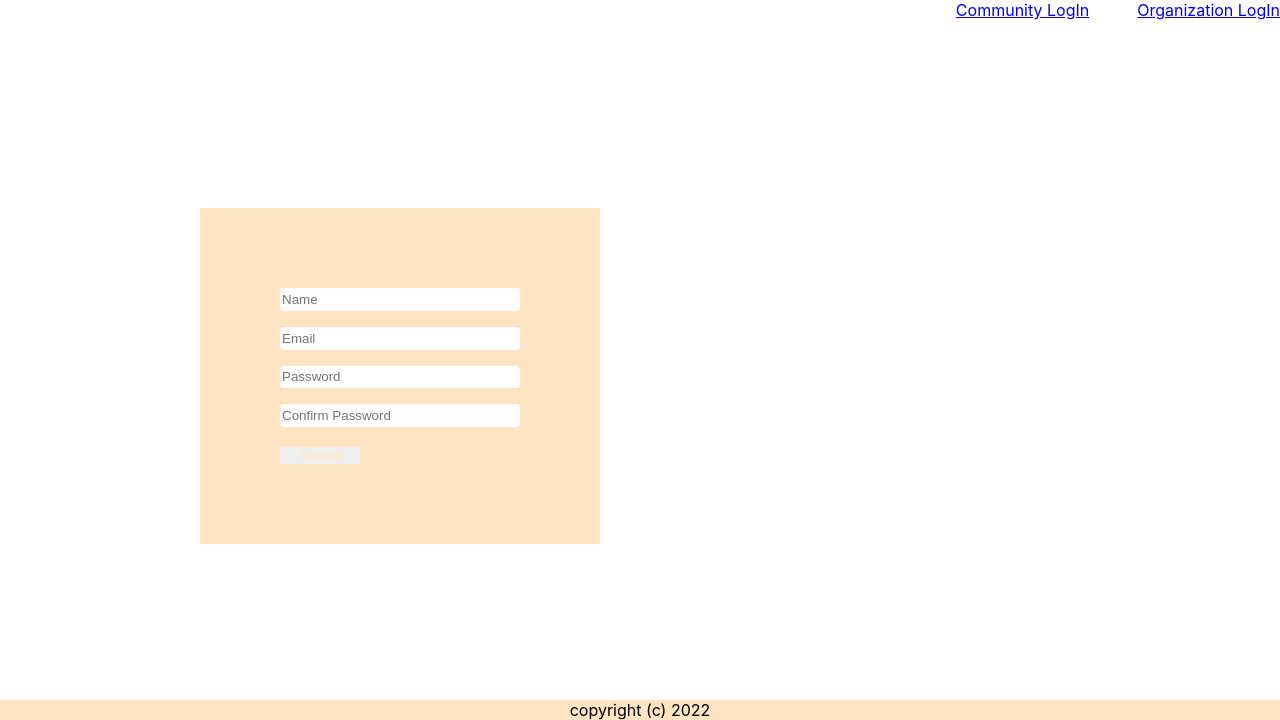
Repository: samuelp244/Ticket-Managment-System
Page: / (app in app/)
The author's editor kept a copy of each file at every save. The page is drawn from the files as they stood at one save, then again after a run of saves.
The browser window is 1280 px wide. The pictures show the whole page.
The project was rebuilt for these pictures with package versions that can differ from the ones it lists, and the page was loaded fresh each time.

Above is the page before, as saved 2022-08-17 17:54:08.

After the next 4 saves:
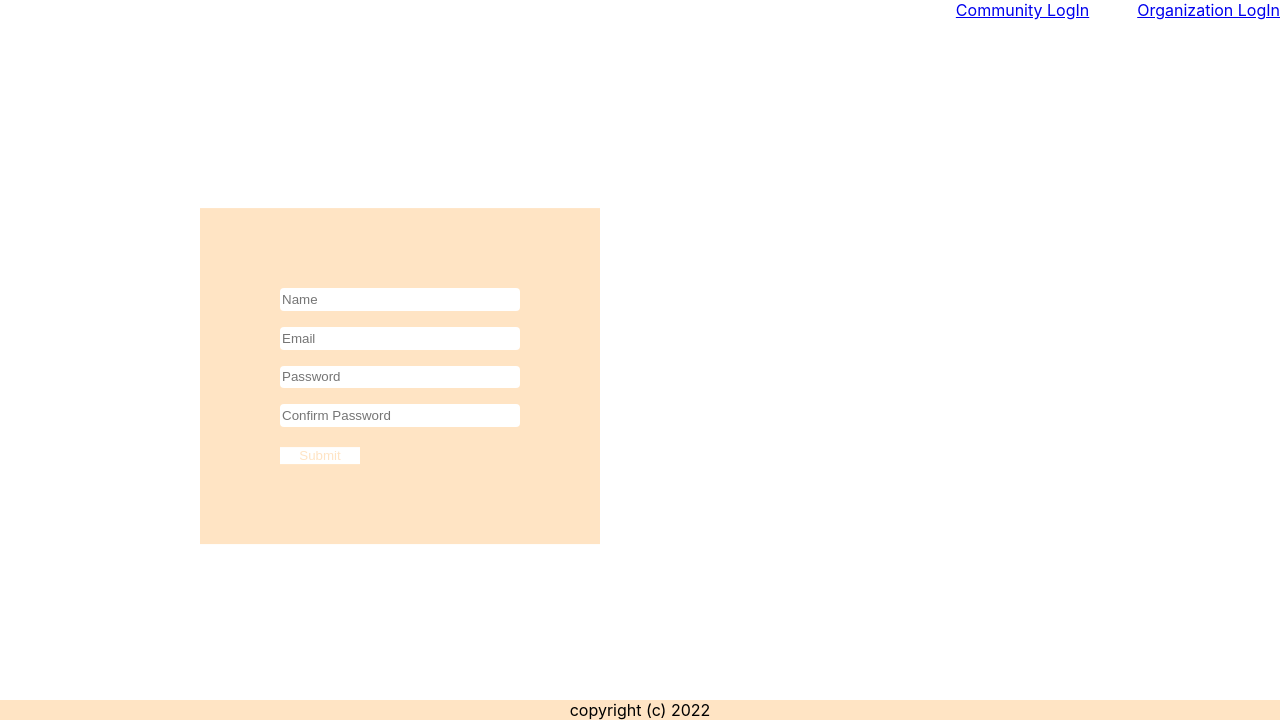
The 4 saves are shown as one change because they came seconds apart.
The last was saved 33 min 39 s later.
--- a/app/src/components/forms/SignUpComm.css
+++ b/app/src/components/forms/SignUpComm.css
@@ -21,6 +21,7 @@ button{
     margin-top: 20px;
     width: 5rem;
     color: bisque;
+    background-color: white;
     border: none;
 
 }
